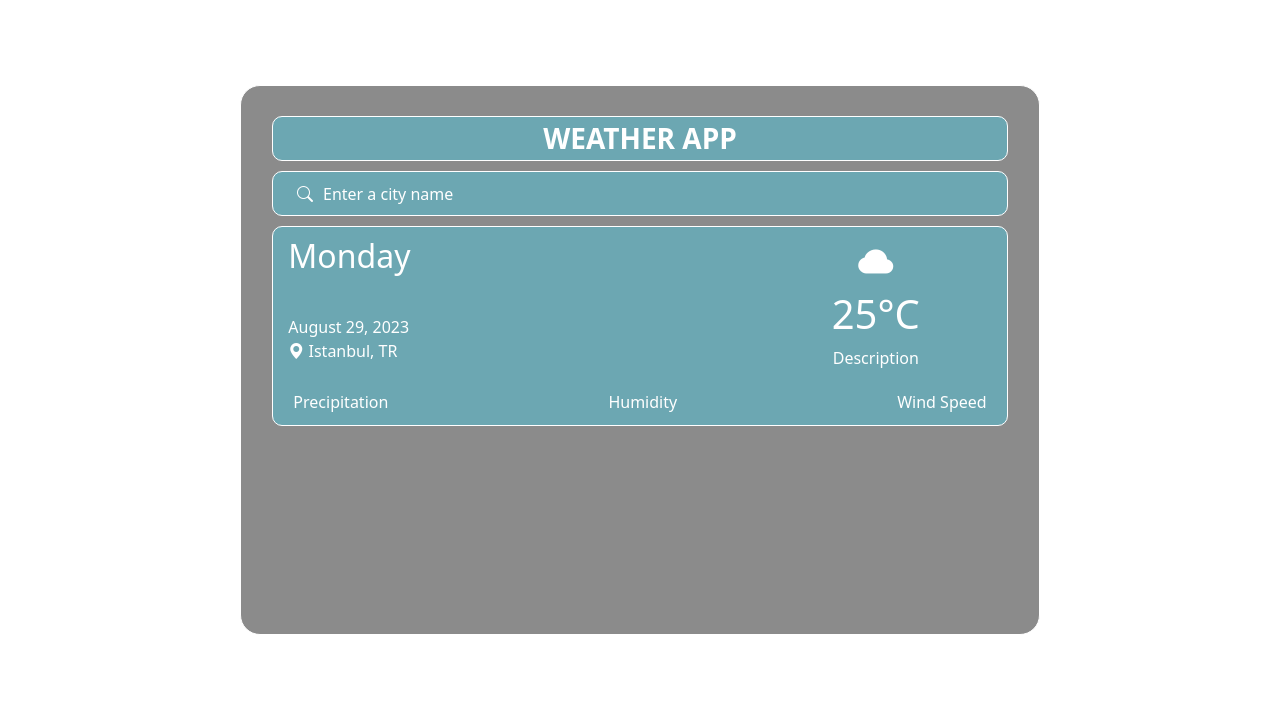
Repository: sm6746/WEATHER.APP
Page: index.html
These files come from the project's save history. The page is drawn as it stood at one moment and after the next save; the edit follows.
The browser window is 1280 px wide. The pictures show the whole page.
The page's requests for data from a server got no answer.

Above is the page before, as saved 2026-08-17 01:06:35.
Not found: ai-ge.jpg

After the next save:
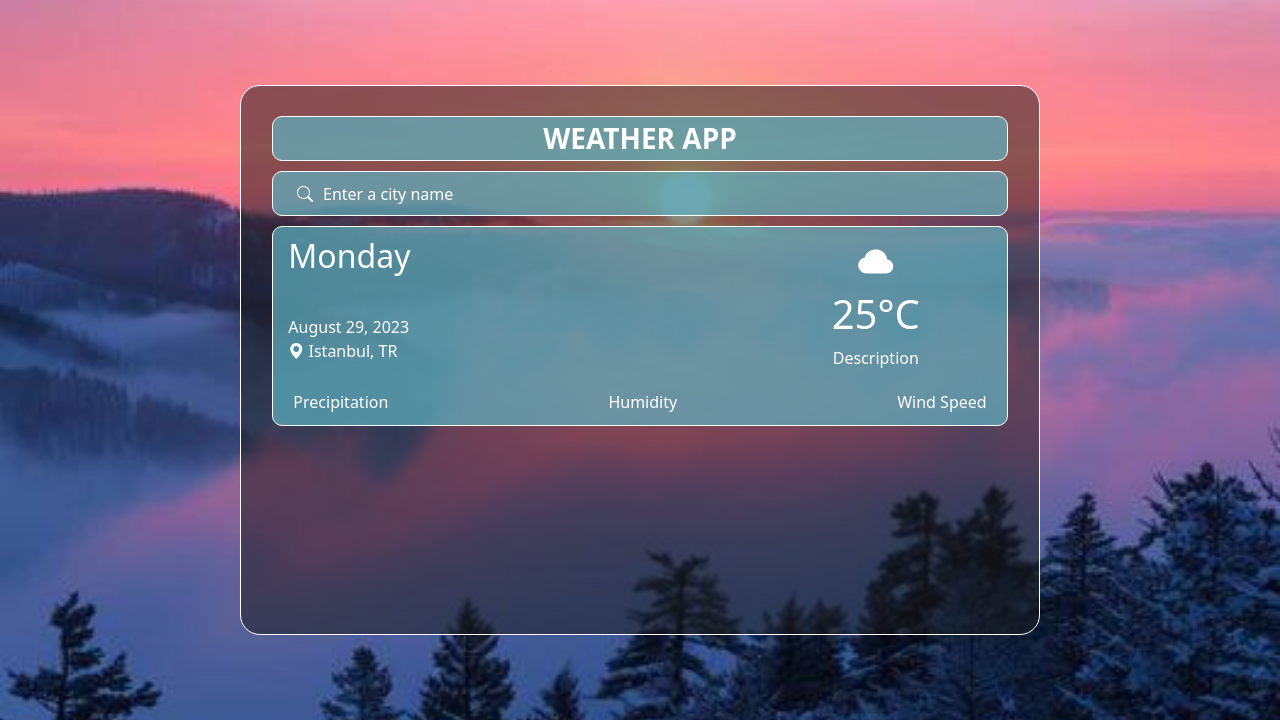
Saved 4 s later.
--- a/style.css
+++ b/style.css
@@ -10,7 +10,7 @@ body {
     justify-content: center;
     align-items: center;
     font-family: Arial, sans-serif;
-    background-image: url("./ai-ge.jpg");
+    background-image: url("./ai-generated.jpg");
     background-size: cover;
     background-position: center;
     height: 100vh;
